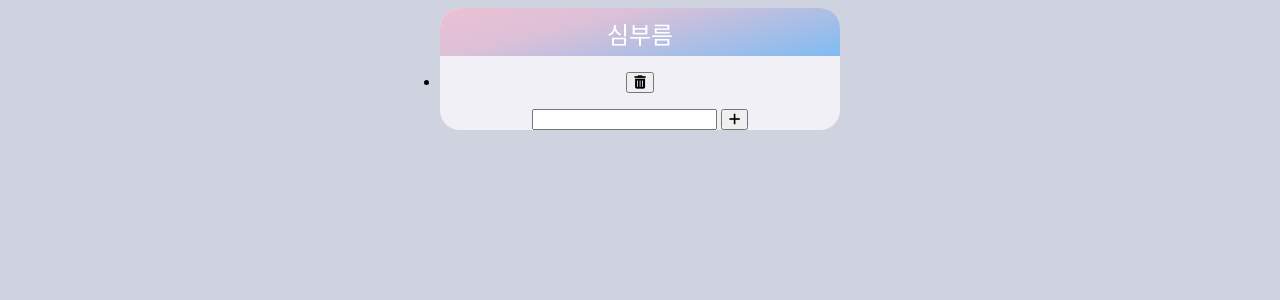
Repository: GoodHoneyCake/Dream_Coding_Academy5
Page: shopping_list/index.html
An editor plug-in stored every save of this project. The page is shown before and after the next save, followed by the edit.
The browser window is 1280 px wide. The pictures show the whole page.
Some web libraries are served in a nearby version.

Above is the page before, as saved 2021-01-29 18:06:48.
Console error: TypeError: Cannot read properties of null (reading 'addEventListener')

### shopping_list/index.html
<!DOCTYPE html>
<html lang="en">
  <head>
    <meta charset="UTF-8" />
    <meta name="viewport" content="width=device-width, initial-scale=1.0" />
    <title>Document</title>
    <script
      src="https://kit.fontawesome.com/c90a48a564.js"
      crossorigin="anonymous"
    ></script>
    <link rel="stylesheet" href="style.css" />
    <script src="main.js" defer></script>
  </head>
  <body>
    <section class="list">
      <header class="header">심부름</header>
      <ul class="items">
        <li class="item__row">
          <div class="item">
            <span class="item__name"></span>
            <button class="item__delete">
              <i class="fas fa-trash-alt"></i>
            </button>
          </div>
        </li>
      </ul>
      <footer class="footer">
        <input type="text" class="footer__input" />
        <button class="footer__btn">
          <i class="fas fa-plus"></i>
        </button>
      </footer>
    </section>
  </body>
</html>

### shopping_list/style.css
* {
  box-sizing: border-box;
}

ul {
  padding: 0;
}

body {
  background-color: #ced3df;
  text-align: center;
}

.list {
  width: 400px;
  margin: auto;
  background-color: #f1f0f7;
  border-radius: 20px;
}

.header {
  height: 48px;
  padding: 8px;
  font-size: 24px;
  background: rgba(237, 193, 211);
  background: linear-gradient(
    166deg,
    rgba(237, 193, 211, 1) 0%,
    rgba(219, 192, 216, 1) 35%,
    rgba(127, 188, 242, 1) 100%
  );
  border-radius: 20px 20px 0 0;
  color: white;
}

### shopping_list/main.js
const form = document.querySelector("form");
const input = document.querySelector("input");
const list = document.querySelector(".list");

form.addEventListener("submit", (e) => {
  input.replace(e, "");
  e.preventDefault();
  document.createElement("li");
  const data = document.createTextNode(e);
  list.appendChild(data);
});

After the next save:
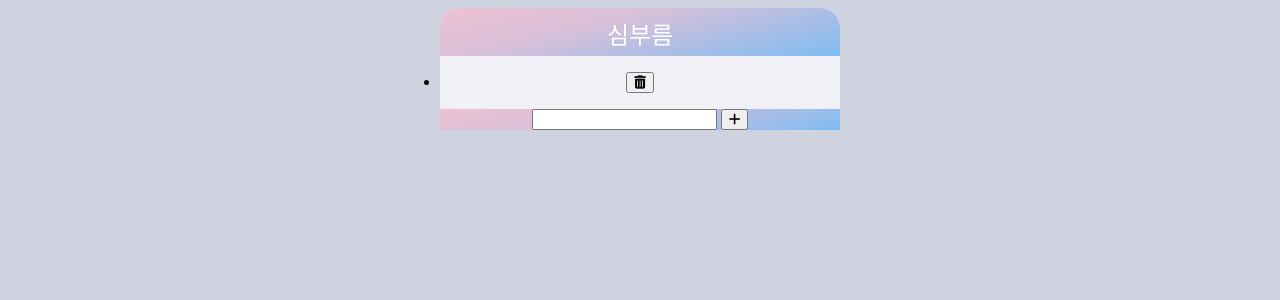
Saved 12 s later.
--- a/shopping_list/style.css
+++ b/shopping_list/style.css
@@ -32,3 +32,13 @@ body {
   border-radius: 20px 20px 0 0;
   color: white;
 }
+
+.footer {
+  background: rgba(237, 193, 211);
+  background: linear-gradient(
+    166deg,
+    rgba(237, 193, 211, 1) 0%,
+    rgba(219, 192, 216, 1) 35%,
+    rgba(127, 188, 242, 1) 100%
+  );
+}
